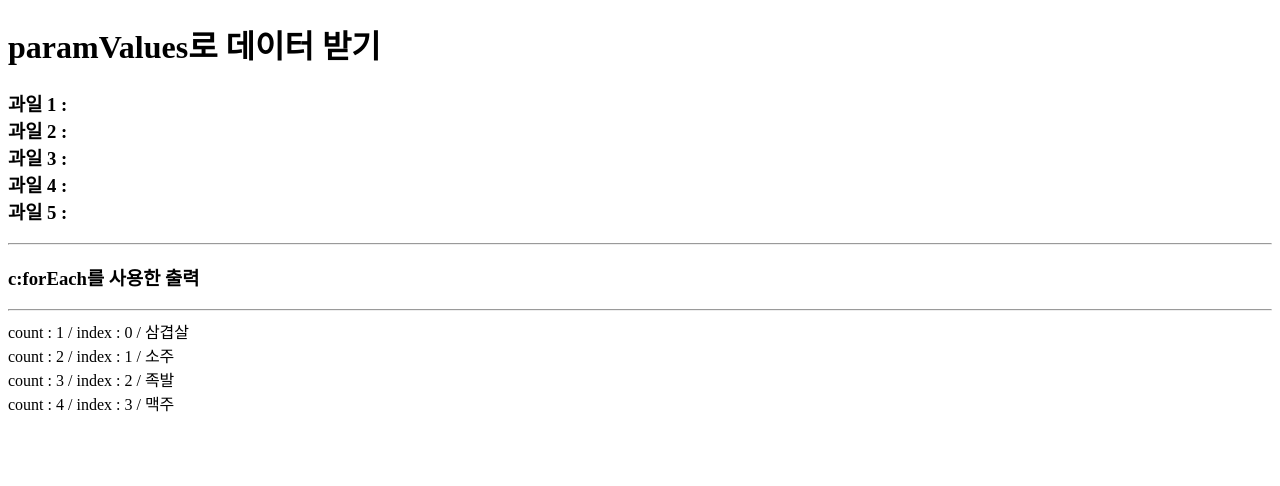
Repository: gajami-kim/240430_JSPJSTL_Study
Page: http://localhost/jstl_study/step-5.jsp
The author's editor kept a copy of each file at every save. The page is drawn from the files as they stood at one save, then again after the next save.
The browser window is 1280 px wide. The pictures show the whole page.
The page is served by Tomcat 9.

Above is the page before, as saved 2024-04-11 04:03:30.

After the next save:
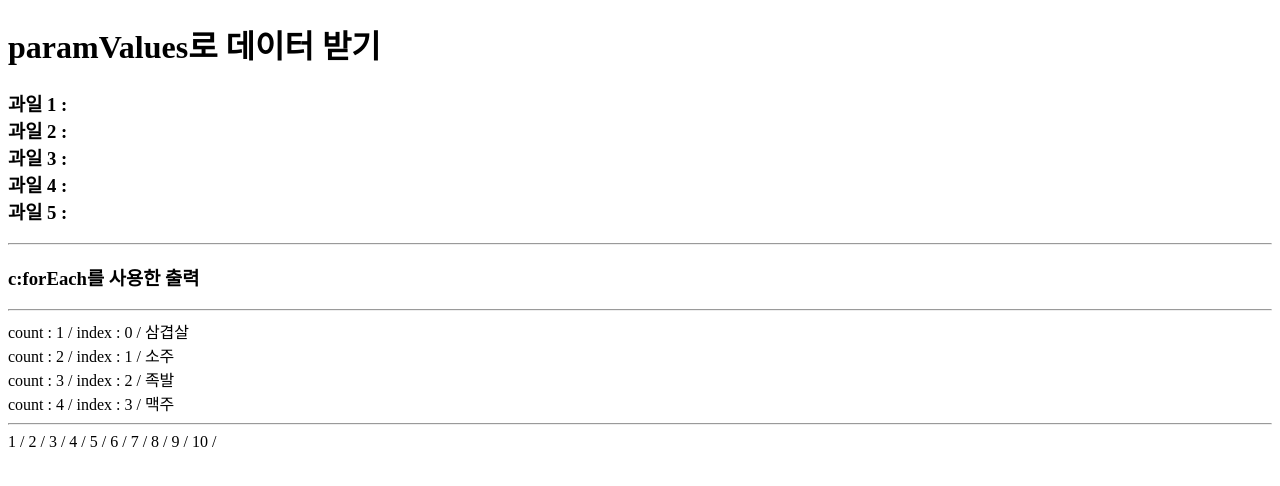
Saved 111 s later.
--- a/_jspl_workspace/jstl_study/src/main/webapp/step-5.jsp
+++ b/_jspl_workspace/jstl_study/src/main/webapp/step-5.jsp
@@ -27,6 +27,7 @@
 
 	<hr>
 
+	<!-- java 코드 사용 -->
 	<%
 		String friends[] = {"삼겹살","소주","족발","맥주"};
 		//java Controller에서 jsp로 데이터를 보낼 때 쓰는 코드
@@ -36,5 +37,11 @@
 		count : ${i.count } / index : ${i.index } / ${fname } <br>
 	</c:forEach>
 
+	<hr>
+
+	<!-- begin="시작숫자", end="끝숫자", var="변수" -->
+	<c:forEach begin="1" end="10" var="i">
+		${i } /
+	</c:forEach>
 </body>
 </html>
